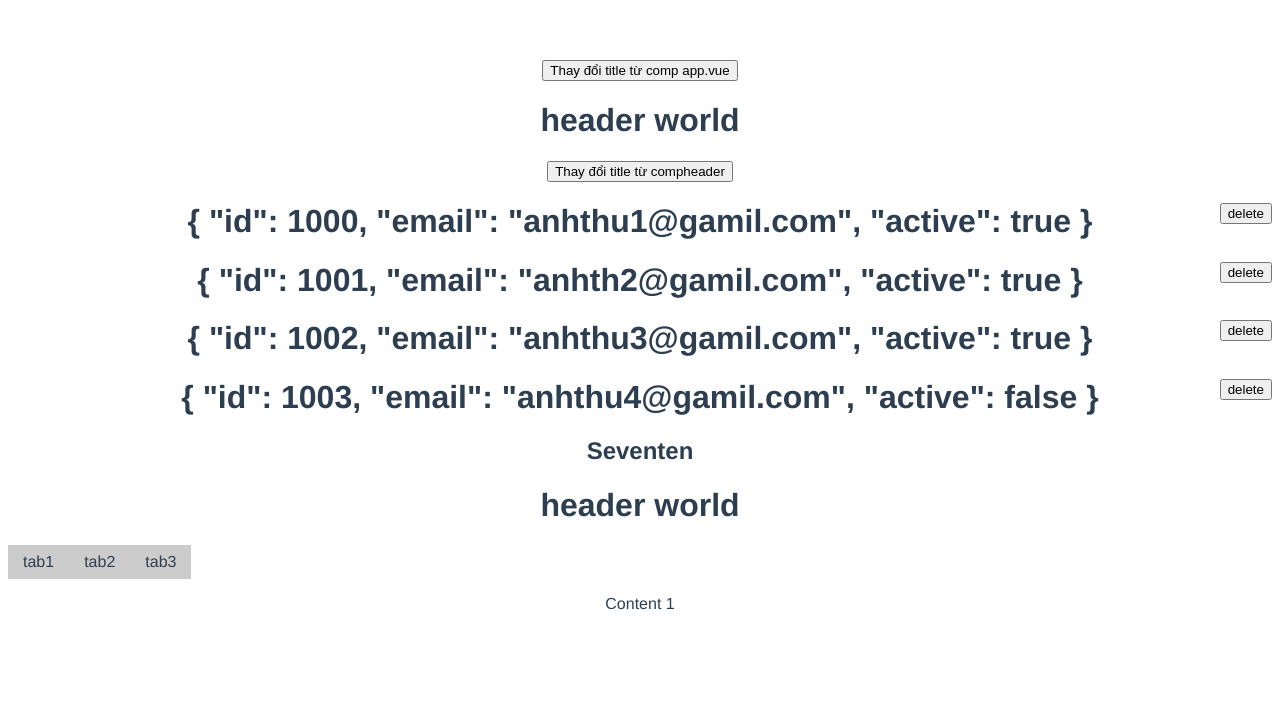
Repository: anhthu112/Todo-list
Page: /
The author's editor kept a copy of each file at every save. The page is drawn from the files as they stood at one save, then again after the next save.
The browser window is 1280 px wide. The pictures show the whole page.
The project was rebuilt for these pictures with package versions that can differ from the ones it lists, and the page was loaded fresh each time. Also part of the build but not shown: vue.config.js.

Above is the page before, as saved 2024-01-30 22:50:11.

### src/App.vue
<template>
  <div class="container">
    <button v-on:click="title='Yoon Jeonghan'">Thay đổi title từ comp app.vue</button>
    <CompHeader v-bind:titles="title"
    v-on:changeTitleEvents="changeTitleEvent"
    />
    <ListUser v-bind:listUser="listUser" v-bind:text="textSvt"
    v-on:deleteEvent="handleDeleteUser"
    />
    <ComFooter v-bind:title="title"/>
    <DemoRef>
      <p>mệt quá em muốn về nhà</p>
    </DemoRef>
  </div>
  <CompTodo v-on:deleteItem="deleteItem"/>

</template>

<script>
import CompHeader from './components/CompHeader.vue';
import ComFooter from './components/ComFooter.vue';
import ListUser from './components/ListUser.vue';
import DemoRef from './components/DemoRef.vue';
import CompTodo from './components/CompTodo.vue'
export default {
  name: 'App',
  data(){
    return {
      title:'header world',
      listUser : [
        {id:1000, email:'anhthu1@gamil.com', active: true},
        {id:1001, email:'anhth2@gamil.com', active: true},
        {id:1002, email:'anhthu3@gamil.com', active: true},
        {id:1003, email:'anhthu4@gamil.com', active: false}
      ],
      todo:
            [
            {id:1,
                title: "Choi Seongcheol",
                completed: false,
            },
            {id:2,
                title: "Yoon Jeonghan",
                completed: false,
            },
            {id:3,
                title: "Jeon Wonwoo",
                completed: true,
            },
            ],
      textSvt: "Seventen",
    }
  },
  components: {
    CompHeader,
    ComFooter,
    ListUser,
    DemoRef,
    CompTodo,
},
  methods:{
    changeTitleEvent(){
      console.log('sucess');
      this.title="Hello Anna";
    },
    handleDeleteUser(data) {
  console.log('mit moi', data);
  this.listUser = this.listUser.filter(a => a.id !== data.id);
  console.log(this.listUser);
  console.log(this.todo)
}

  }
}
</script>

<style>
#app {
  font-family: Avenir, Helvetica, Arial, sans-serif;
  -webkit-font-smoothing: antialiased;
  -moz-osx-font-smoothing: grayscale;
  text-align: center;
  color: #2c3e50;
  margin-top: 60px;
}
</style>

### src/components/CompHeader.vue
<template>
    <header>
        <h1>{{ titles }}</h1>
    </header>
    <button v-on:click="changeHeader">Thay đổi title từ compheader</button>
</template>
<script>
    export default{
        name: 'comp-header',
        props:{
            titles: String,
        },
        data (){
            return {
            }
        },
        methods:{
            changeHeader(){
                console.log('before');
                this.$emit('changeTitleEvents');
                console.log('after');
            }
        }
    }
</script>

### src/components/ComFooter.vue
<template>
    <footer>
            <h1>{{ title }}</h1>
    </footer>

</template>
<script>
    export default{
        name: 'comp-footer',
        props: {
            title: String,
        }
    }
</script>

### src/components/ListUser.vue
<template>
    <div class="list-user">
      <User v-for="users in listUser" v-bind:key="users.id" v-bind:user="users"
      v-on:deleteUsert="deleteUser"
       />
      <h2> {{ text }}</h2>
    </div>
</template>

  <script>
  import User from './User.vue';
  export default {
    name: 'ListUser',
    props: {
      listUser: {
        type: Array,
      },
      text: {
        type: String,
      }
    },
    components: {
      User,
    },
    methods:{
      deleteUser(data){
        this.$emit('deleteEvent', data)
        console.log('delete trong listuser',data)
      }
    }
  };
  </script>

### src/components/DemoRef.vue
<template>
    <CompTask>
        <ul class='tabs-header'>
            <li v-for="(item,index) in tabsHeader"
            v-bind:key="index"
            v-on:click="changeTab(index)"
            v-bind:class="{active: tabActive==index}"
            >{{ item.text }}</li>
        </ul>
        <div class="tab-content tab1" v-if="tabActive === 0">
            <p>Content 1</p>
        </div>
        <div class="tab-content tab2"  v-if="tabActive === 1">
            <p>Content 2</p>
        </div>
        <div class="tab-content tab3"  v-if="tabActive === 2">
            <p>Content 3</p>
        </div>
    </CompTask>
</template>

<script>
import CompTask from './CompTask.vue'
export default {
    name: 'demo-slot',
    components: {
        CompTask
    },
    data(){
        return {
            tabsHeader:[
                {text: 'tab1'},
                {text: 'tab2'},
                {text: 'tab3'},

            ],
            tabActive : 0
        }
    },
    methods: {
            changeTab(index){
                this.tabActive=index;
            }
        }
}
</script>
<style>
    .active{
        background: #000;
    }
</style>

### src/components/CompTodo.vue
<template>
  <TodoItem v-for="todo in todo" v-bind:key="todo.id" v-bind:todoProps="todo"
  v-on:item-complete="markComplete" v-on:deleteItem="deleteItem"
  />
</template>
<script>
import TodoItem from './TodoItem.vue'
// import {ref} from 'vue'
export default {
    name: 'ToDo',
    props: {
        todo: {
            type: Array
        },
    },
    data (){
        return {

        }
    },

    methods: {
        markComplete (data) {
      console.log(data);
      data.completed = !data.completed;
      console.log(data.completed);
    }
    },
    deleteItem(data){
        console.log(this.todo);
        this.todo = this.todo.filter(a=>a.id!=data.id);
    },
    components: {
        TodoItem,
    }
}
</script>

<style>

</style>

### src/components/User.vue
<template>
    <div class="user">
        <h1>{{ user }}</h1>
        <button class="delete"
        v-on:click="handleDelete"
        >delete</button>
    </div>
</template>
<script>
    export default {
        name: 'userComponent',
        props:{
            user : {
                type: Object,
            }
        },
        methods:{
            handleDelete(){
                var data ={
                    id: this.user.id
                }
                console.log('hello');
                this.$emit('deleteUsert',data)
            }
        },
        data (){
            return {

            }
        }
    }
</script>
<style>
    .user{
        position: relative;
    }
    .delete{
        position: absolute;
        top:0;
        right:0;
    }
</style>

### src/components/CompTask.vue
<template>
    <h1>{{ title }}</h1>
    <slot></slot>
</template>

<script>
export default {
    name: 'comp-task',
    props:{
        title: String,
    },
    data (){
        return {

        }
    },
    methods: {

    }
}
</script>

<style>
    .tabs-header{
        margin:0;
        padding:0;
        display:flex;
        list-style: none;
    }
    .tabs-header li{
        padding: 8px 15px;
        background: #ccc;
        cursor: pointer;
    }
    .tabs-header li:hover{
        background: #333;
        color:#fff;
    }
</style>

### src/components/TodoItem.vue
<template>
    <p :class="['todo-item', todoProps.completed ? 'is-complete' : '']">
      <input type="checkbox" :checked="todoProps.completed" v-on:change="markItemCompleted"/>
      {{ todoProps.title }}
      <button v-on:click="deleteItem" class="btn-delete">Delete</button>
    </p>
  </template>

  <script>
  export default {
      name: 'todo-item',
      props:{
        todoProps: {
          type:Object
        },
      },
      data (){
        return {
          // checkMark: this.todoProps.completed,
        }
      },
      methods:{
        markItemCompleted(){
          this.$emit('item-complete',this.todoProps);
        },
        deleteItem(){
          this.$emit('deleteItem', this.todoProps);
          console.log(this.todoProps)
        }
      }

  }
  </script>

  <style>
  .todo-item {
  }

  .is-complete {
      text-decoration: line-through;
  }
  </style>

Loaded but not shown: public/index.html (common file); src/main.js (common file)

After the next save:
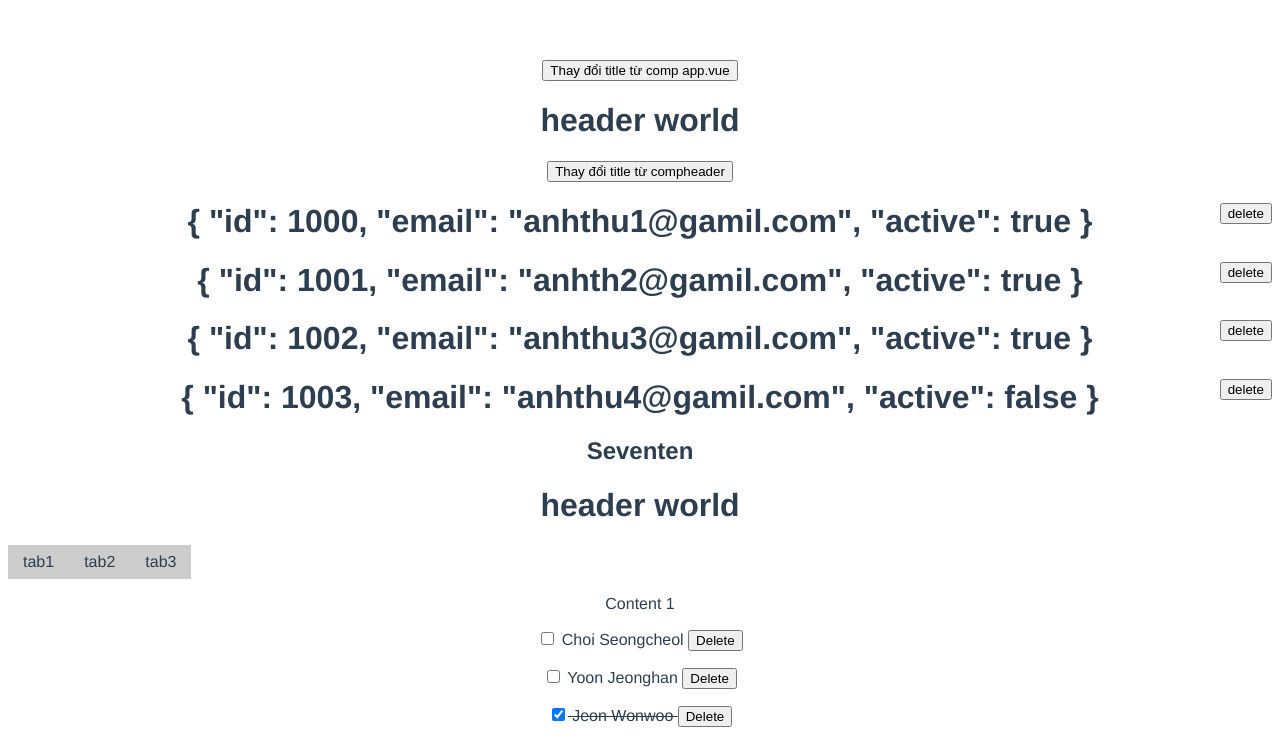
Saved 2 min 4 s later.
--- a/src/App.vue
+++ b/src/App.vue
@@ -12,7 +12,7 @@
       <p>mệt quá em muốn về nhà</p>
     </DemoRef>
   </div>
-  <CompTodo v-on:deleteItem="deleteItem"/>
+  <CompTodo v-on:deleteItem="deleteItem" v-bind:todo="todo"/>
 
 </template>
 

After the 5 saves that followed:
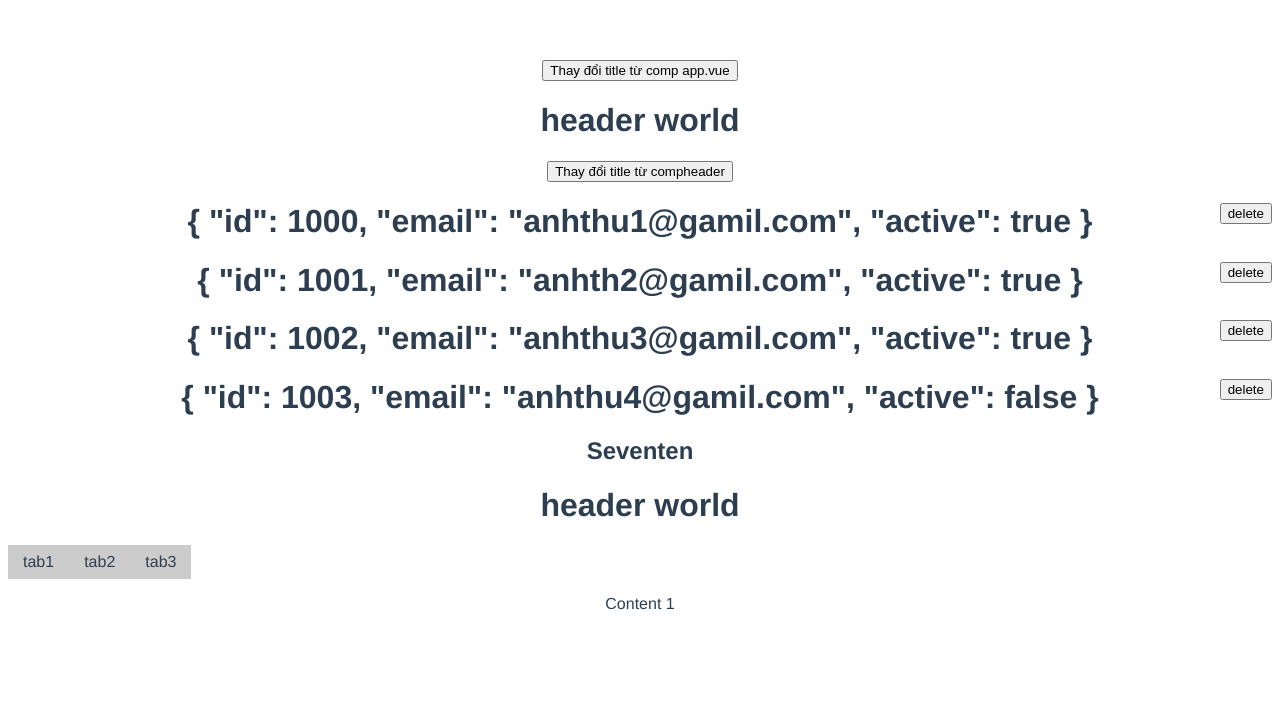
The 5 saves are shown as one change because 4 left the picture as it was.
The last was saved 6 min 28 s later.
--- a/src/App.vue
+++ b/src/App.vue
@@ -12,7 +12,7 @@
       <p>mệt quá em muốn về nhà</p>
     </DemoRef>
   </div>
-  <CompTodo v-on:deleteItem="deleteItem" v-bind:todo="todo"/>
+  <CompTodo/>
 
 </template>
 
@@ -33,21 +33,7 @@
         {id:1002, email:'anhthu3@gamil.com', active: true},
         {id:1003, email:'anhthu4@gamil.com', active: false}
       ],
-      todo:
-            [
-            {id:1,
-                title: "Choi Seongcheol",
-                completed: false,
-            },
-            {id:2,
-                title: "Yoon Jeonghan",
-                completed: false,
-            },
-            {id:3,
-                title: "Jeon Wonwoo",
-                completed: true,
-            },
-            ],
+
       textSvt: "Seventen",
     }
   },
@@ -67,7 +53,6 @@
   console.log('mit moi', data);
   this.listUser = this.listUser.filter(a => a.id !== data.id);
   console.log(this.listUser);
-  console.log(this.todo)
 }
 
   }
--- a/src/components/CompTodo.vue
+++ b/src/components/CompTodo.vue
@@ -8,11 +8,7 @@ import TodoItem from './TodoItem.vue'
 // import {ref} from 'vue'
 export default {
     name: 'ToDo',
-    props: {
-        todo: {
-            type: Array
-        },
-    },
+    props: ['todo'],
     data (){
         return {
 
--- a/src/components/TodoItem.vue
+++ b/src/components/TodoItem.vue
@@ -9,16 +9,12 @@
   <script>
   export default {
       name: 'todo-item',
-      props:{
-        todoProps: {
-          type:Object
-        },
-      },
       data (){
         return {
           // checkMark: this.todoProps.completed,
         }
       },
+      props: ['todoProps'],
       methods:{
         markItemCompleted(){
           this.$emit('item-complete',this.todoProps);
